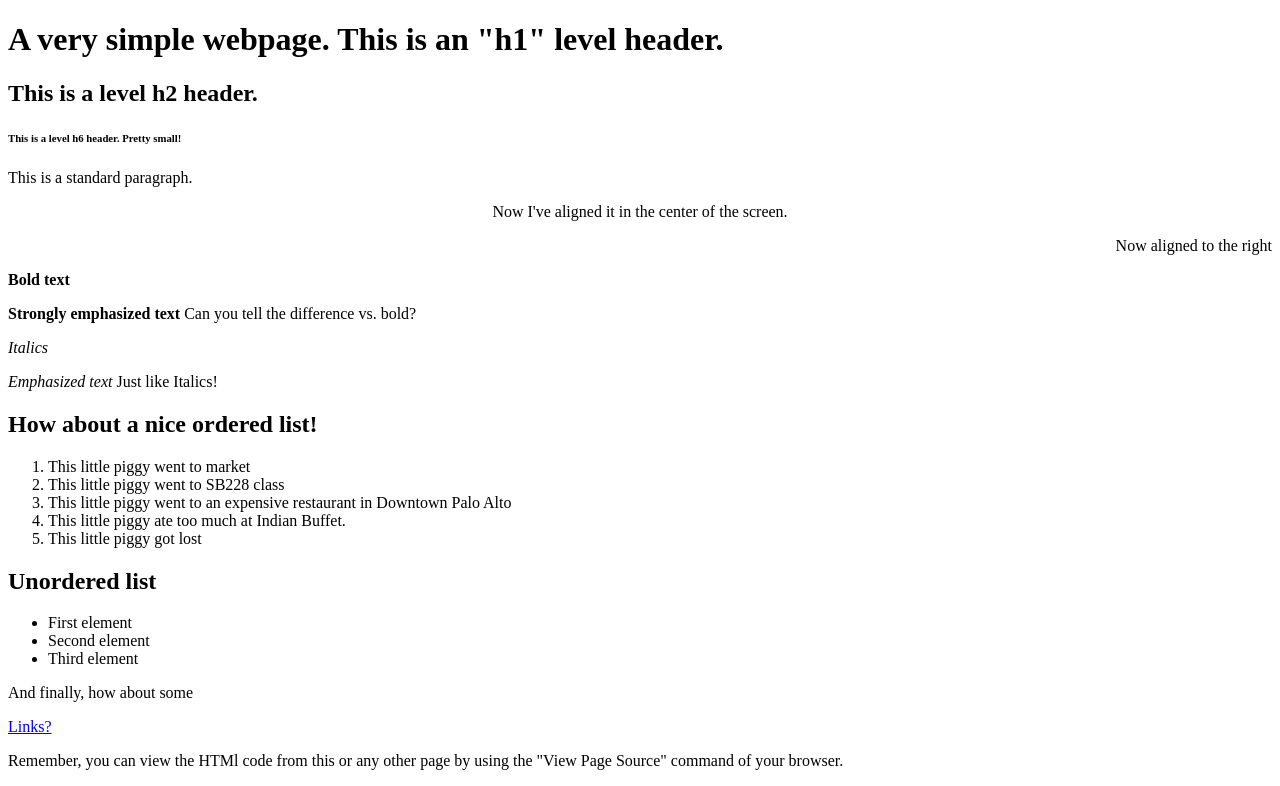
Repository: khanshakiil/ArabicHTMLToPDF
Page: HospitalFrontDesk/src/main/resources/html.html
These files come from the project's save history. The page is drawn as it stood at one moment and after the next save; the edit follows.
The browser window is 1280 px wide. The pictures show the whole page.

Above is the page before, as saved 2020-03-05 16:49:42.

### HospitalFrontDesk/src/main/resources/html.html
<!DOCTYPE html>
<html>

<head>
<title>A very مرحبا
 webpage</title>
</head>

<body>
<h1>A very simple webpage. This is an "h1" level header.</h1>

<h2>This is a level h2 header.</h2>

<h6>This is a level h6 header.  Pretty small!</h6>

<p>This is a standard paragraph.</p>

<p align=center>Now I've aligned it in the center of the screen.</p>

<p align=right>Now aligned to the right</p>

<p><b>Bold text</b></p>

<p><strong>Strongly emphasized text</strong>  Can you tell the difference vs. bold?</p>

<p><i>Italics</i></p>

<p><em>Emphasized text</em>  Just like Italics!</p>

<h2>How about a nice ordered list!</h2>
<ol>
  <li>This little piggy went to market</li>
  <li>This little piggy went to SB228 class</li>
  <li>This little piggy went to an expensive restaurant in Downtown Palo Alto</li>
  <li>This little piggy ate too much at Indian Buffet.</li>
  <li>This little piggy got lost</li>
</ol>

<h2>Unordered list</h2>
<ul>
  <li>First element</li>
  <li>Second element</li>
  <li>Third element</li>
</ul>


<p>And finally, how about some</p><a href="http://www.google.com/">Links?</a>

<p>Remember, you can view the HTMl code from this or any other page by using the "View Page Source" command of your browser.</p>

</body>

</html>

After the next save:
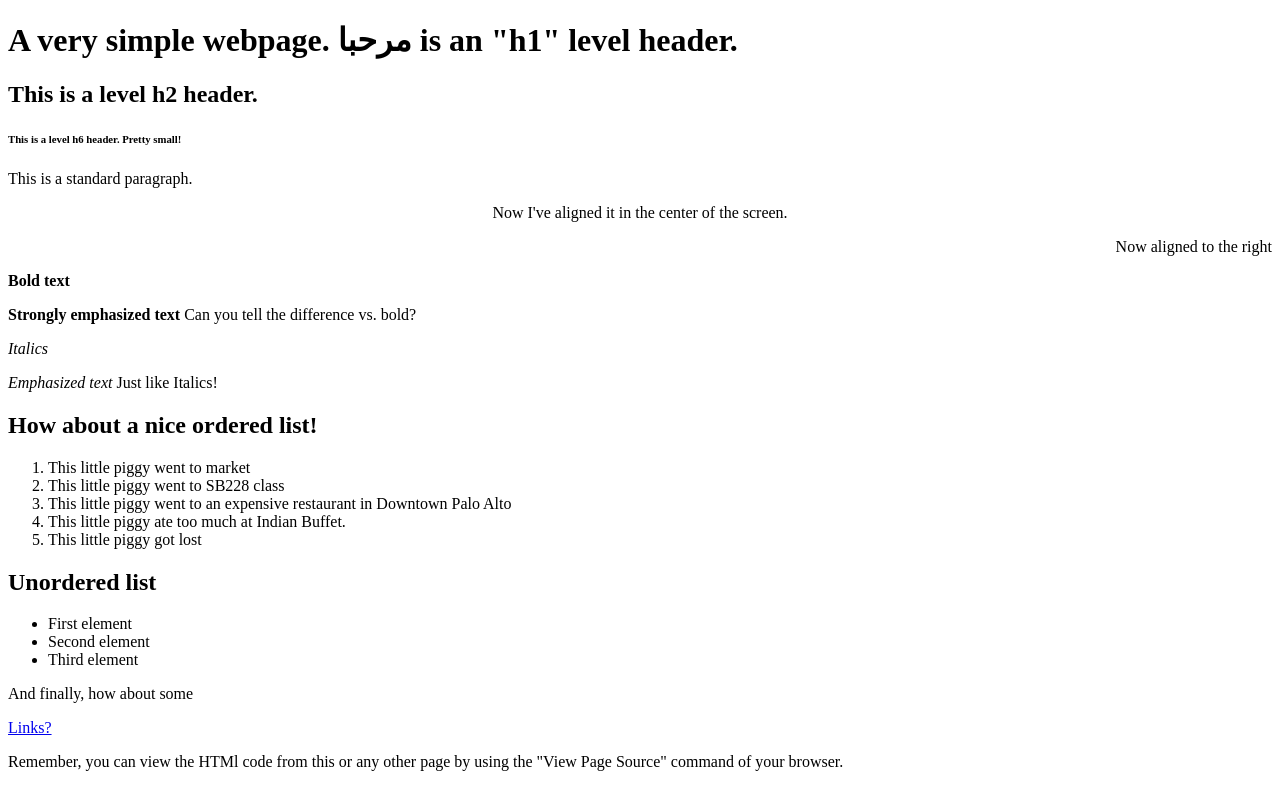
Saved 49 s later.
--- a/HospitalFrontDesk/src/main/resources/html.html
+++ b/HospitalFrontDesk/src/main/resources/html.html
@@ -7,7 +7,8 @@
 </head>
 
 <body>
-<h1>A very simple webpage. This is an "h1" level header.</h1>
+<h1>A very simple webpage. مرحبا
+ is an "h1" level header.</h1>
 
 <h2>This is a level h2 header.</h2>
 
